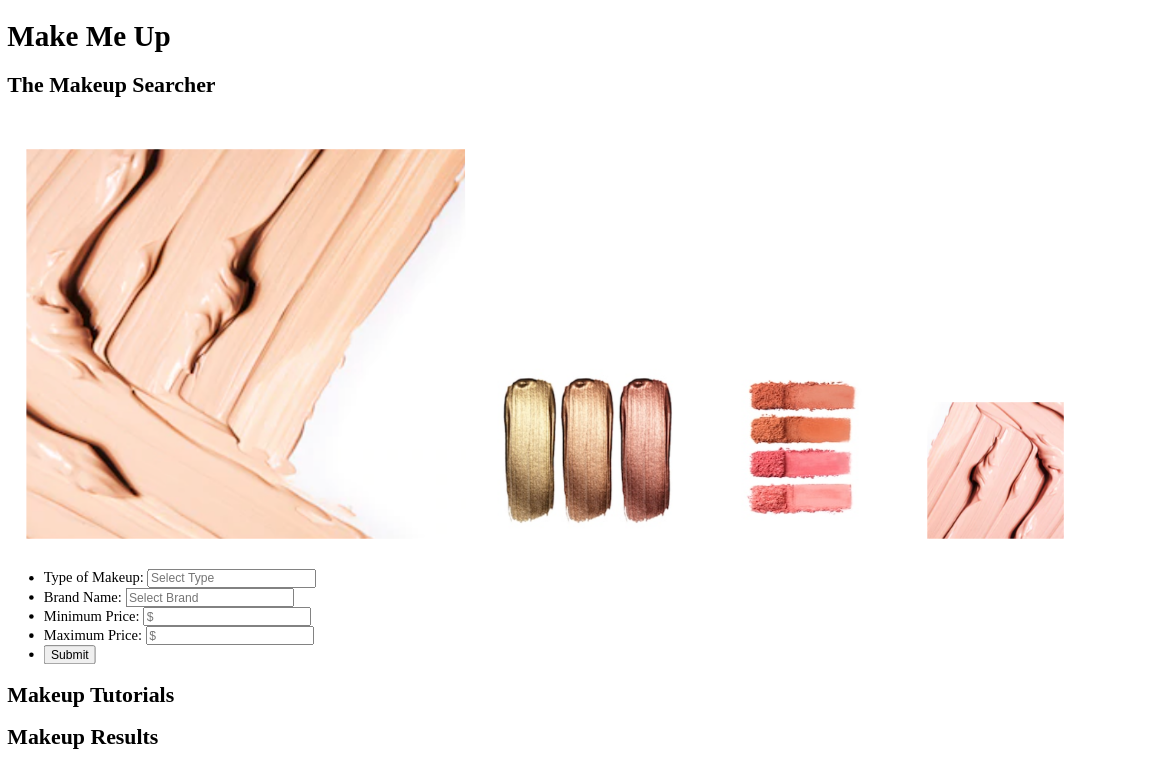
Repository: kaitlynMidori/MakeMeUp
Page: index.html
These files come from the project's save history. The page is drawn as it stood at one moment and after the next save; the edit follows.
The browser window is 1280 px wide. The pictures show the whole page, at 91% of full size.

Above is the page before, as saved 2020-12-13 18:29:14.

### index.html
<!DOCTYPE html>
<html lang="en">

<head>
    <meta charset="utf-8">
    <meta name="viewport" content="width=device-width">
    <title>Make Me Up</title>
    <link href="style.css" rel="stylesheet" type="text/css" media="only screen and (max-device-width: 480px) , only screen and (-webkit-min-device-pixel-ratio: 2) , screen and (-webkit-device-pixel-ratio:1.5)"/>
    <link rel="preconnect" href="https://fonts.gstatic.com">
    <link href="https://fonts.googleapis.com/css2?family=Nanum+Gothic&display=swap" rel="stylesheet">
</head>

<body>
   <div class="web-container">
    <header>
        <h1>Make Me Up</h1>
        <h2>The Makeup Searcher</h2>
    </header>

    <div id="img-container" class="img" style="padding: 5px;">
        <img src="images/smear1.png" alt="eyeshadow smear"  style="padding: 2em 1em .5em 1em;">
        <img src="images/smear2.png" alt="lipstick smear" height="200" width="200" style="padding: .5em 1em .5em 1em;">
        <img src="images/smear4.jpg" alt="concealer smear" height="200" width="200" style="padding: .5em 1em .5em 1em;">
        <img src="images/smear3.png" alt="blush smear" height="150" width="150" style="padding: 2em 1em .5em 1em;">
    </div>

    <div class="form-container">
        <form id="js-form">
            <ul class="formWrapper">
                <li class= "form-row">
                    <label class="search-term" for="product-type">Type of Makeup:</label>
                    <input class="product-type input" type="text" name="product-type" id="product-type" placeholder="Select Type" list="product-type-list">
                    <datalist id="product-type-list">
                        <option value="Blush">
                        <option value="Bronzer">
                        <option value="Eyebrow">
                        <option value="Eyeliner">
                        <option value="Eyeshadow">
                        <option value="Foundation">
                        <option value="Lip Liner">
                        <option value="Lipstick">
                        <option value="Mascara">
                        <option value="Nail Polish">
                    </datalist>
                </li>

                <li class="form-row">
                    <label class="search-term" for="brand">Brand Name:</label>
                    <input class="brand input" type="text" name="brand" id="brand" placeholder="Select Brand" list="brand-list">
                    <datalist id="brand-list">
                        <option value="Almay">
                        <option value="Alva">
                        <option value="Anna Sui">
                        <option value="Annabelle">
                        <option value="Benefit">
                        <option value="Boosh">
                        <option value="Burt's Bees">
                        <option value="Butter London">
                        <option value="C'est Moi">
                        <option value="Cargo Cosmetics">
                        <option value="China Glaze">
                        <option value="Clinique">
                        <option value="Coastal Classic Creation">
                        <option value="Colourpop">
                        <option value="Covergirl">
                        <option value="Dalish">
                        <option value="Deciem">
                        <option value="Dior">
                        <option value="Dr. Hauschka">
                        <option value="e.l.f">
                        <option value="Essie">
                        <option value="Fenty">
                        <option value="Glossier">
                        <option value="Green People">
                        <option value="Iman">
                        <option value="L'oreal">
                        <option value="Lotus Cosmetics USA">
                        <option value="Maia's Mineral Galaxy">
                        <option value="Marcelle">
                        <option value="Marienatie">
                        <option value="Maybelline">
                        <option value="Milani">
                        <option value="Mineral Fusion">
                        <option value="Misa">
                        <option value="Mistura">
                        <option value="Moov">
                        <option value="Nudus">
                        <option value="NYX">
                        <option value="ORLY">
                        <option value="Pacifica">
                        <option value="Penny Lane Organics">
                        <option value="Physicians Formula">
                        <option value="Piggy Paint">
                        <option value="Pure Anada">
                        <option value="Rejuva Minerals">
                        <option value="Revlon">
                        <option value="Sally B's Skin Yummies">
                        <option value="Salon Perfect">
                        <option value="Sante">
                        <option value="Sinful Colours">
                        <option value="Smashbox">
                        <option value="Stila">
                        <option value="Suncoat">
                        <option value="w3llpeople">
                        <option value="wet n wild">
                        <option value="Zorah">
                        <option value="Zorah Biocosmetiques">
                    </datalist>
                </li>

                <li class="form-row">
                    <label class="search-term" for="min-price-input">Minimum Price:</label>
                    <input class="min-price input" type="number" name="min-price" id="min-price-input" placeholder="$">
                </li>

                <li class="form-row">
                    <label class="search-term" for="max-price-input">Maximum Price:</label>
                    <input class="max-price input" type="number" name="max-price" id="max-price-input" placeholder="$">
                </li>

                <li class="button">
                    <input id="submit-btn" type="submit" value="Submit">
                </li>

            </ul>
        </form>
    </div>

        <p id="js-error-message" class="error-message"></p>

        <section id="yt-results" class="hidden">
            <h2>Makeup Tutorials</h2>
            <ul id="yt-results-list">
            </ul>
        </section>
    <div id="results-container" class="hidden">
        <h2>Makeup Results</h2>
            <ul id="results-list">
            </ul>
    </div>

    <script src="https://code.jquery.com/jquery-3.3.1.js" integrity="sha256-2Kok7MbOyxpgUVvAk/HJ2jigOSYS2auK4Pfzbm7uH60=" crossorigin="anonymous"></script>
    <script src="script.js"></script>
    </div>
</body>

</html>

### script.js
 'use strict';

const makeupURL = 'https://makeup-api.herokuapp.com/api/v1/products.json';

//format url
function formatQueryParams(params) {
    const queryItems = Object.keys(params)
        .map(key => `${encodeURIComponent(key)}=${encodeURIComponent(params[key])}`)
    return queryItems.join('&');
}

function getMakeUp(searchTerm, brand, minPrice, maxPrice) {
    const params = {
        product_type: searchTerm,
        brand: brand,
        price_greater_than: minPrice,
        price_less_than: maxPrice,
    };

    const queryString = formatQueryParams(params)
    const url = makeupURL + '?' + queryString;
    console.log(url);

    fetch(url)
        .then(response => {
            if (response.ok) {
                return response.json();
            }
            throw new Error(response.statusText);
        })
        .then(responseJson => displayResults(responseJson))
        .catch(err => {
            $('#js-error-message').text(`Something went wrong: ${err.message}`);
        });
}

function displayResults(responseJson) {
    // if there are previous results, remove them
    console.log(responseJson);
    $('#results-list').empty();

    //if there are no results, display a msg
    if (!Object.keys(responseJson).length) {
        $('#results-list').append(`<h2>Sorry, No Products Found For That Make-Up and/or Brand</h2>`);
    }
    // iterate through the items array
    for (let i = 0; i < responseJson.length; i++) {

        // for each makeup object in the items array, add a list item to the results
        //list with the full name, img, price, description, url
        $('#results-list').append(
            `<li class="each-product-result">
      <h3 class="product-name">${responseJson[i].name}</h3>
      <img class="product-img" src="${responseJson[i].image_link}">

      <br>

      <p class="product-price">$${responseJson[i].price}</p>
      <p class="product-description">${responseJson[i].description}</p>
      </li>`
        )
    };

    //display the results section
    $('#results').removeClass('hidden');

    //clear input after results load
    $('#product-type').val('')
    $('#brand').val('')
    $('#min-price-input').val('');
    $('#max-price-input').val('');
};

// *****************Youtube video portion**************************************

const youtubeURL = 'https://www.googleapis.com/youtube/v3/search';

function getYoutubeVideo(searchTerm, brand) {
 const params = {
    part:'snippet',
    key:'AIzaSyDLTkOknlkbRK8xtwwM4HzWWfjG2awJktI',
    q: searchTerm + brand + ' makeup',
    maxResults: 6,
    type: 'video',
    order: 'Relevance',
    safeSearch: 'strict',
    relevanceLanguage: 'en'
  };

  const queryString = formatQueryParams(params)
  const url = youtubeURL + '?' + queryString;
  console.log(url);

  fetch(url)
    .then(response => {
      if (response.ok) {
        return response.json();
      }
      throw new Error(response.statusText);
    })
    .then(responseJson => displayYoutubeResults(responseJson))
    .catch(err => {
      $('#js-error-message').text(`Something went wrong: ${err.message}`);
    });
}

function displayYoutubeResults(responseJson) {
  console.log(responseJson);

  $('#yt-results-list').empty();

  if(!Object.keys(responseJson.items).length){
    $('#yt-results-list').append(`<h2>Sorry, No Videos Found For That Make-Up and/or Brand</h2>`);
  }

  for (let i = 0; i < responseJson.items.length; i++){
    $('#yt-results-list').append(
      `<li class= "each-yt-result">
      <a href="https://www.youtube.com/watch?v=${responseJson.items[i].id.videoId}?vq=hd1080" target=_blank>
        <h3>${responseJson.items[i].snippet.title} class="yt-title"</h3>
      </a>
      <a href="https://www.youtube.com/watch?v=${responseJson.items[i].id.videoId}?vq=hd1080" class= "yt-thumbnails" target=_blank>
        <img src="${responseJson.items[i].snippet.thumbnails.default.url}">
      </a>

      <p>Channel: <a href="https://www.youtube.com/channel/${responseJson.items[i].snippet.channelId}" class="yt-channel" target=_blank>${responseJson.items[i].snippet.channelTitle}</a></p>

      <p>${responseJson.items[i].snippet.description}</p>

      </li>`)
  };

  $('#yt-results').removeClass('hidden');
};

//watch form
//prevent submit btn default
//collect values for user input
function watchForm() {
    $('form').submit(event => {
        event.preventDefault();
        const searchTerm = $('#product-type').val();
        const brand = $('#brand').val();
        const minPrice = $('#min-price-input').val();
        const maxPrice = $('#max-price-input').val();
        getMakeUp(searchTerm, brand, minPrice, maxPrice);
        getYoutubeVideo(searchTerm, brand);
    });
}

$(watchForm);

### style.css
body, html {
    margin: 0px;
    padding: 0px;
    background-color: white;
}

.web-container {
    width: 90%;
    min-width: 500px;
    margin: auto;
}

hidden {
    display: none;
}

* {
    font-family: 'Nanum Gothic', sans-serif;
    color: black;
}

/* header styling */
header {
    width: 100%;
    /* height: 120px;
    line-height: 120px; */
    background-color: white;
    border-style: solid;
    border-width: thin;
    border-color: black;
}

h1 {
    text-align: center;
}

h2 {
    text-align: center;
}

/* Body styling */
/* body {
    background-color: white;
    align-items: center;
    justify-content: center;
} */

/* Image styling */

#img-container {
    width: 100%;
    min-width: 500px;
    margin: auto;
    display: flex;
    flex-direction: row;
    flex-wrap: nowrap;
    justify-content: center;
}

img {
    float: left;
    width:  100px;
    height: 100px;
    object-fit: cover;
}

/* #img {
    width: 90%;
    min-width: 500px;
    margin: auto;
} */

/* Form styling */
.formWrapper {
    background-color: white;
    list-style-type: none;
    padding: 0;
    border-style: solid;
    border-width: thin;
    border-color: #fbfefb;
}

.form-container {
    width: 70%;
    min-width: 500px;
    margin: auto;
}

.form-row {
    display: flex;
    justify-content: center;
    padding: .5em 1em .5em 1em;
}

.form-row >label {
    /* padding: .5em 1em .5em 12em; */
    flex: 1;
}

.form-row > input {
    /* margin-right: auto; */
    flex: 2;
}

.form-row > input,
.form-row > button {
    padding: .5em;
}

#submit-btn {
    max-width: 250px;
    display:flex;
    flex: 1;
    justify-content: center;
    margin-left: auto;
    margin-right: auto;
    margin-top: 30px;
	background-color:white;
	border-radius:2px;
	border:1px solid black;
	cursor:pointer;
	color:black;
	font-family:Arial;
	font-size:12px;
	font-weight:bold;
	padding:10px 10px 10px 10px;
	text-decoration:none;
}

/* results styling */


#results-list {
    display: flex;
    flex-wrap: wrap;
    justify-content: center;
    font-size: 12px;
}

.each-product-result {
    padding-left: 7px;
    list-style-type: none;
    background-color: white;
    border: lightgray;
    border-style: solid;
    border-width: thin;
    width: 200px;
}

.each-product-result > .product-name {
    display: block;
    margin-right: auto;
    margin-left: auto;
    font-size: 12px;
    width: 160px;
}

.each-product-result > .product-img {
    display: block;
    border: white;
    border-style: solid;
    border-width: thin;
    margin-left: auto;
    margin-right: auto;
    height: 150px;
    width: 150px;
}

.each-product-result > .product-price {
    font-style: italic;
}

.each-product-result > .product-description {
    font-size: 12px;
    font-weight: lighter;
    width: 180px;
}

/* YouTube video Styling */

#yt-results-list {
    display: flex;
    flex-wrap: wrap;
    justify-content: center;
    font-size: 12px;
}

.each-yt-result {
    padding-left: 7px;
    list-style-type: none;
    background-color: white;
    border: lightgray;
    border-style: solid;
    border-width: thin;
    width: 200px;
}

.each-yt-result > .yt-title {
    display: block;
    margin-left: auto;
    margin-left: auto;
}

.each-yt-result > .yt-description {
    font-size: 12px;
    width: 180px;
}

.each-yt-result > .yt-thumbnails {
    display: block;
    border: white;
    border-style: solid;
    border-width: thin;
    margin-left: auto;
    margin-right: auto;
    height: 130px;
    width: 150px;
}

After the next save:
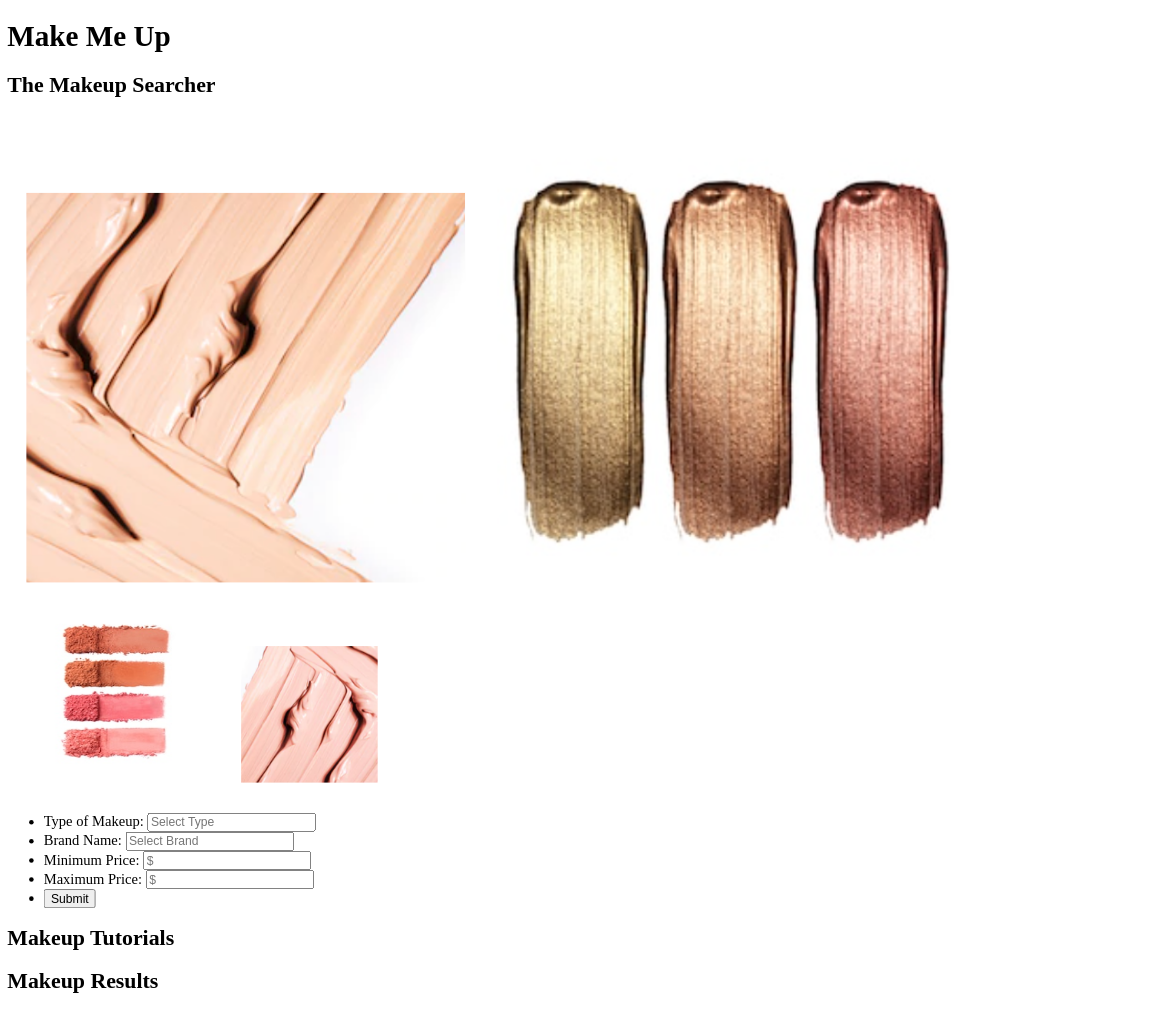
Saved 13 s later.
--- a/index.html
+++ b/index.html
@@ -19,7 +19,7 @@
 
     <div id="img-container" class="img" style="padding: 5px;">
         <img src="images/smear1.png" alt="eyeshadow smear"  style="padding: 2em 1em .5em 1em;">
-        <img src="images/smear2.png" alt="lipstick smear" height="200" width="200" style="padding: .5em 1em .5em 1em;">
+        <img src="images/smear2.png" alt="lipstick smear"  style="padding: .5em 1em .5em 1em;">
         <img src="images/smear4.jpg" alt="concealer smear" height="200" width="200" style="padding: .5em 1em .5em 1em;">
         <img src="images/smear3.png" alt="blush smear" height="150" width="150" style="padding: 2em 1em .5em 1em;">
     </div>
